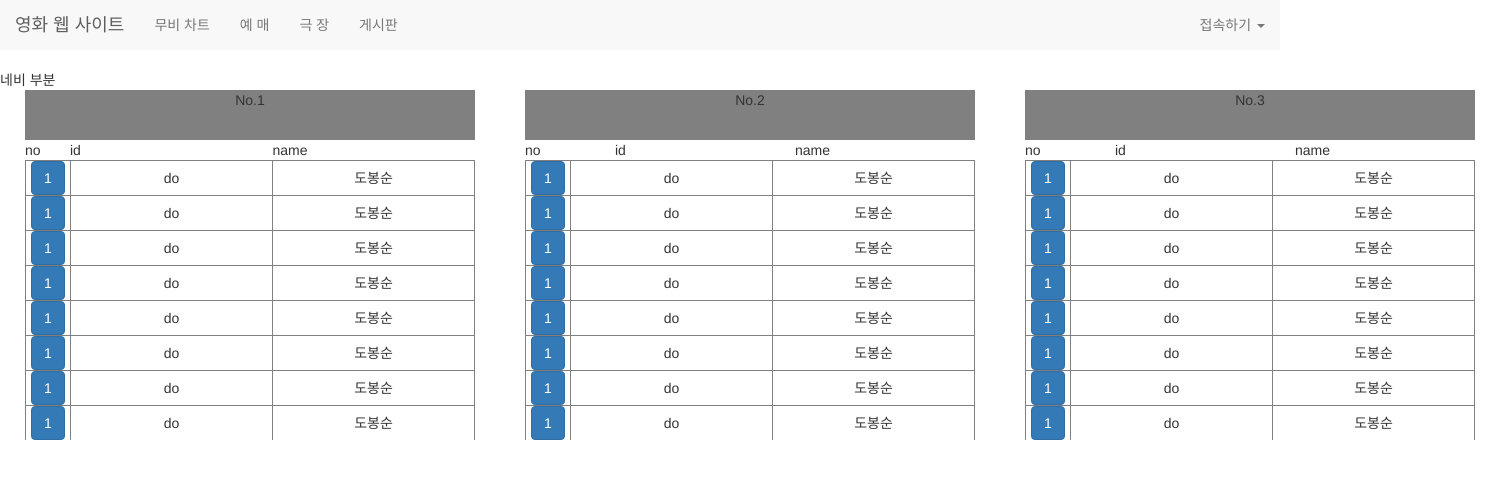
Repository: Gotaemin/java
Page: http://localhost/BBS/movieReserve.jsp
The author's editor kept a copy of each file at every save. The page is drawn from the files as they stood at one save, then again after the next save.
The browser window is 1280 px wide. The page is 1500 px wide, so the pictures cover 1500 px, including what lies to the right of the window. The pictures show the whole page.
Some web libraries are served in a nearby version. The page is served by Tomcat 9.

Above is the page before, as saved 2020-03-16 06:24:05.

After the next save:
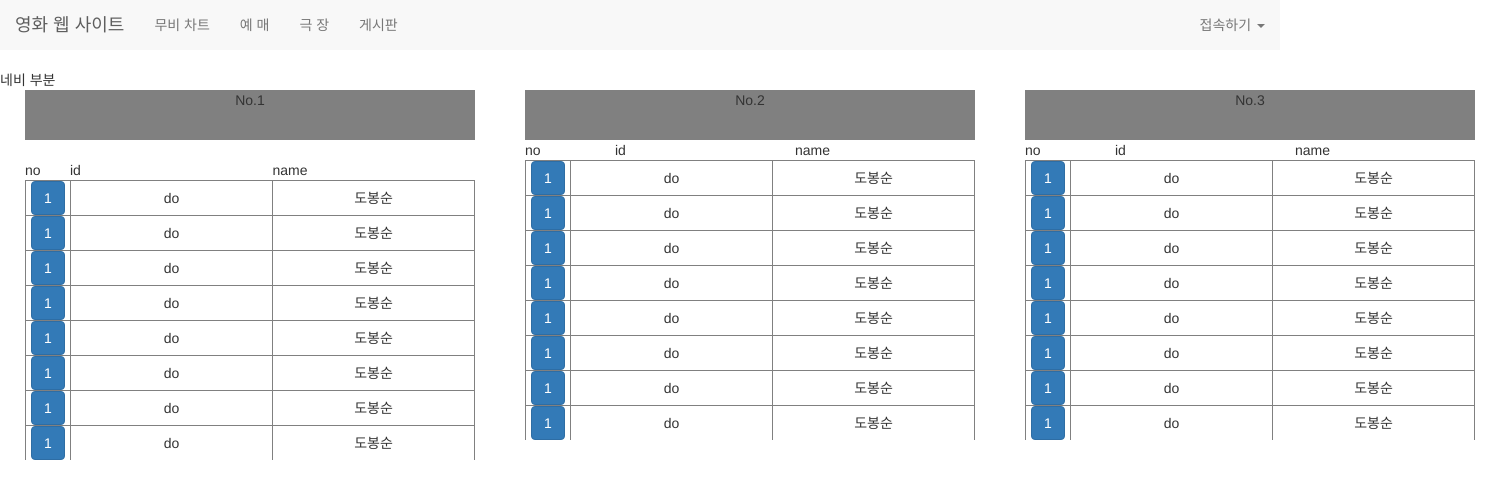
Saved 21 s later.
--- a/BBS/BBS/WebContent/movieReserve.jsp
+++ b/BBS/BBS/WebContent/movieReserve.jsp
@@ -107,7 +107,7 @@ table {
 			<div style="display: table-row;">
 				<div align=center style="display: table-cell; background: white;">
 					<div class="test_content"
-						style="width: 450px; height: 50px; background: gray">No.1</div>
+						style="width: 450px; height: 50px; background: gray; margin-bottom: 20px;">No.1</div>
 					<div id="movie">
 						<table>
 							<colgroup>
